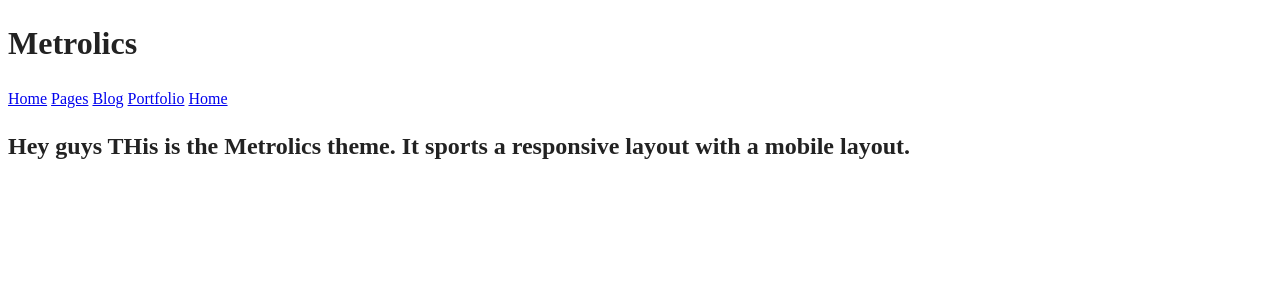
Repository: jgache/LAB-02A
Page: index.html
An editor plug-in stored every save of this project. The page is shown before and after the next save, followed by the edit.
The browser window is 1280 px wide. The pictures show the whole page.

Above is the page before, as saved 2024-01-22 22:08:17.

After the next save:
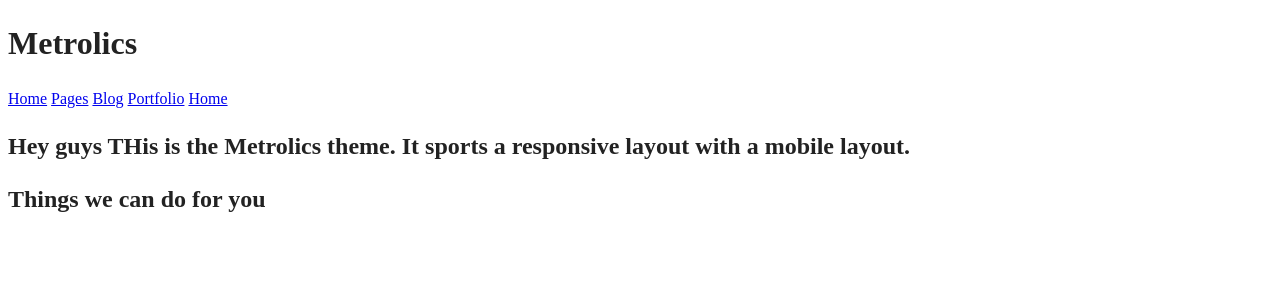
Saved 10 s later.
--- a/index.html
+++ b/index.html
@@ -50,7 +50,7 @@
   <main>
     <div class="sectionOneContainer">
       <div class="row">
-        <h
+        <h2>Things we can do for you</h2>
       </div>
 
 
